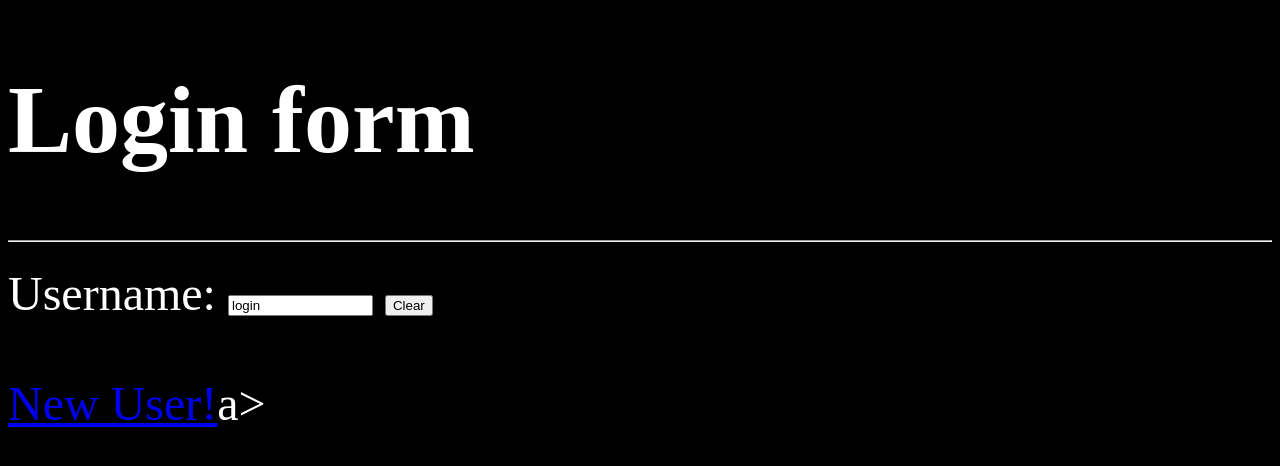
Repository: neerajagrrawal/Day8
Page: LoginApplication/WebContent/registration.html
An editor plug-in stored every save of this project. The page is shown before and after the next save, followed by the edit.
The browser window is 1280 px wide. The pictures show the whole page.

Above is the page before, as saved 2018-09-05 10:21:32.

After the next save:
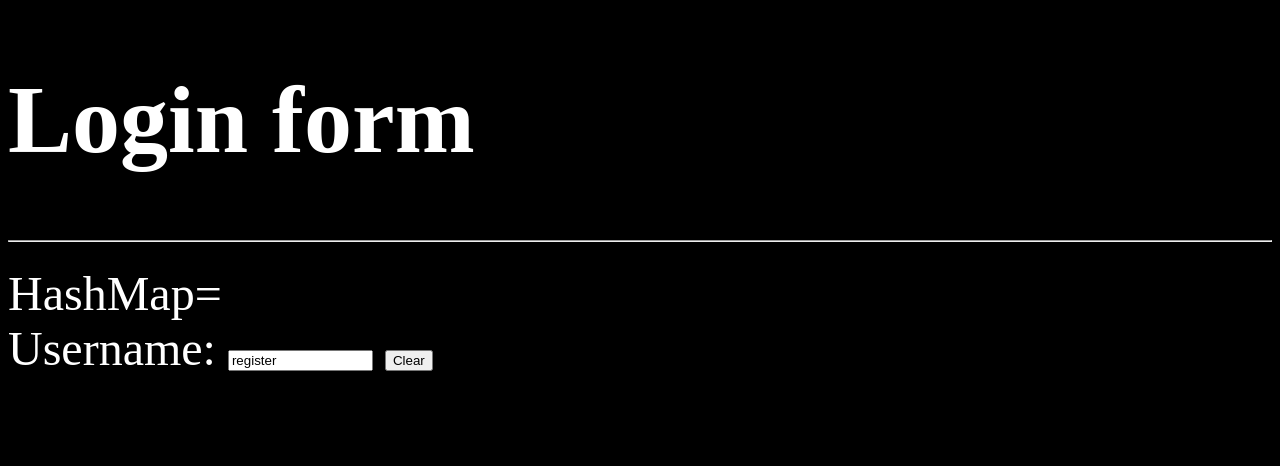
Saved 5 min 57 s later.
--- a/LoginApplication/WebContent/registration.html
+++ b/LoginApplication/WebContent/registration.html
@@ -8,14 +8,14 @@
 <font color="white" size="11">
 <h1>Login form</h1>
 <hr>
-<form action="login" method="post">
+HashMap<String,String>=
+<form action="register" method="post">
 <label>Username: </label>
 <input type="text" name="password" size="15>
 <br><br>
-<input type="submit" value="login"/>
+<input type="submit" value="register"/>
 <input type="reset" value="Clear"/>
 <br><br>
-<a href="registration.html">New User!</a>a>
 </form>
 
 </body>
